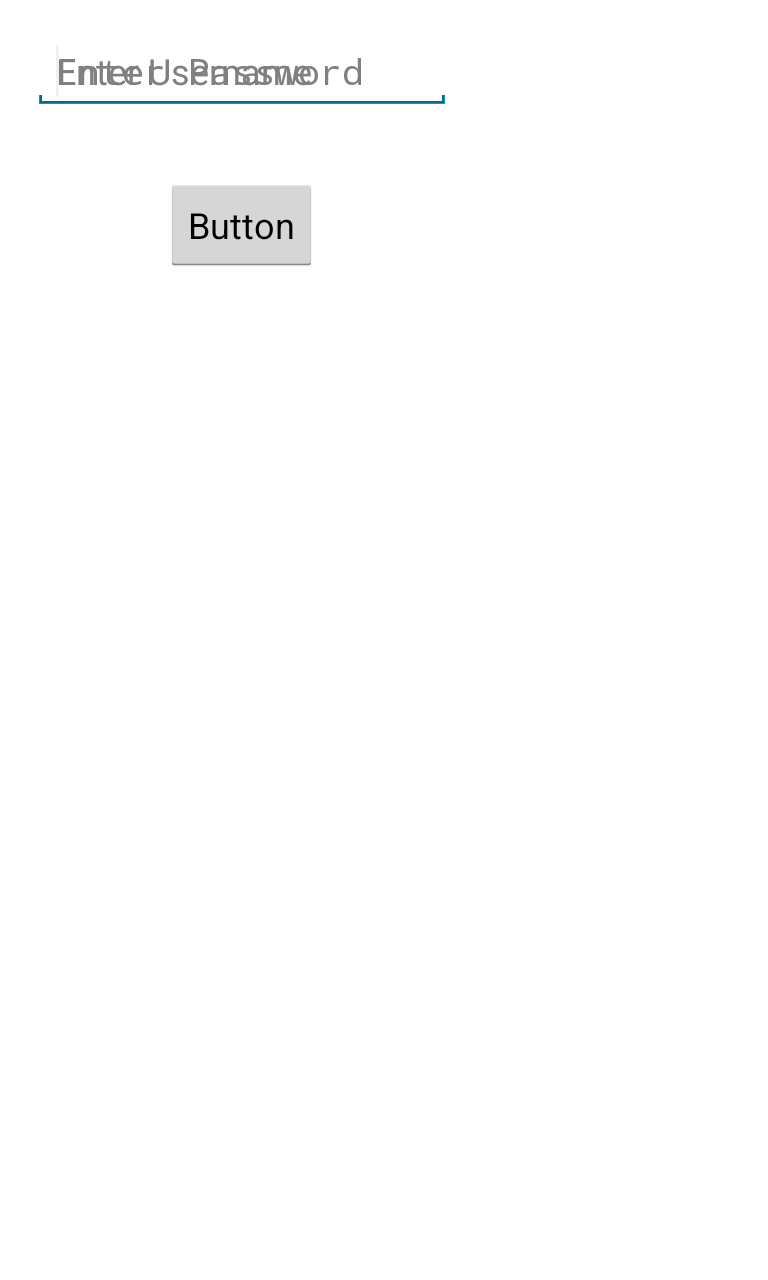
Repository: lethe13/AndroidProgramming
Layout: COMP304-Group1-MicroProject5/res/layout/activity_login.xml
An editor plug-in stored every save of this project. The layout is shown before and after the next save, followed by the edit.
It is drawn on a 768 x 1280 px phone screen (xhdpi) without system bars, with theme AppTheme; the app's code is not run.

Above is the layout before, as saved 2015-12-05 22:22:04.

After the next save:
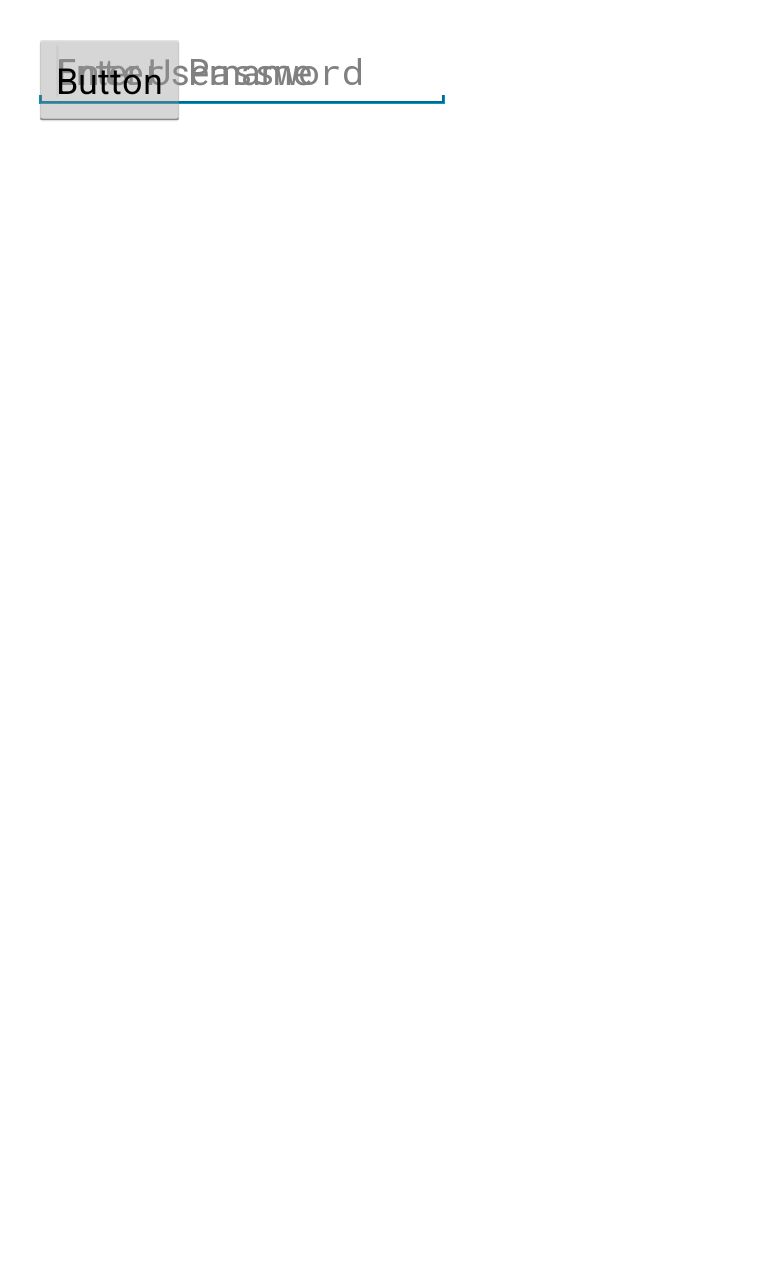
Saved 89 s later.
--- a/COMP304-Group1-MicroProject5/res/layout/activity_login.xml
+++ b/COMP304-Group1-MicroProject5/res/layout/activity_login.xml
@@ -31,10 +31,6 @@
         android:id="@+id/b_login"
         android:layout_width="wrap_content"
         android:layout_height="wrap_content"
-        android:layout_alignLeft="@+id/editText1"
-        android:layout_below="@+id/editText1"
-        android:layout_marginLeft="66dp"
-        android:layout_marginTop="33dp"
         android:text="Button" />
 
 </RelativeLayout>
